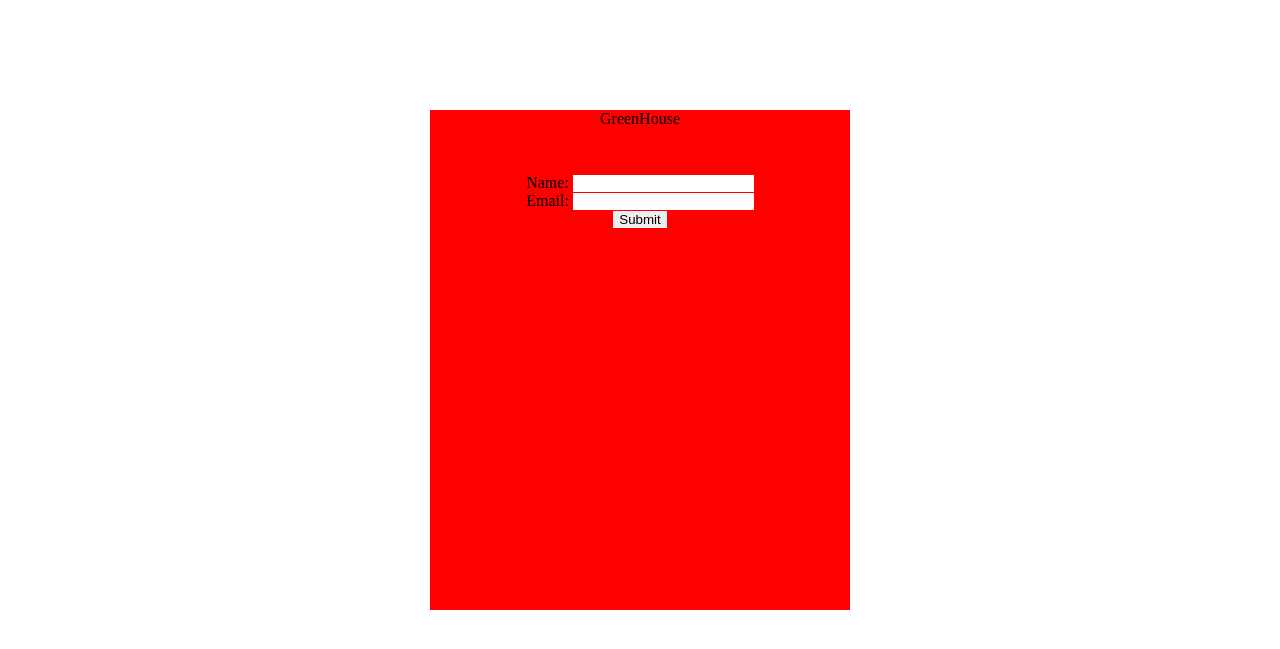
Repository: idan226688/WorkTrack
Page: index.html
These files come from the project's save history. The page is drawn as it stood at one moment and after the next save; the edit follows.
The browser window is 1280 px wide. The pictures show the whole page.

Above is the page before, as saved 2023-08-31 11:29:20.

### index.html
<!DOCTYPE html>
<html>
<head>
  <link rel="stylesheet" href="GreenHouse.css">
  <title>Login</title>
</head>
<body>
  <div id="container">
    <div id="login-container">
      <h1">GreenHouse</h1>
      <form action="/submit" method="post" id="form">
        <label for="name">Name:</label>
        <input type="text" id="name" name="name" required><br>
        <label for="email">Email:</label>
        <input type="email" id="email" name="email" required><br>
        <button type="submit">Submit</button>
      </form>
    </div>
  </div>
</body>
</html>

### GreenHouse.css
*{
    text-align: center;
    margin:0;
    border: none;
}
#container{
    display: flex;
    justify-content: center;
    align-items: center;
    height: 100vh;
}
#login-container{
    display: flex;
    background-color: red;
    flex-direction: column;
    align-items: center;
    height: 500px;
    width: 420px;
}
#form{
    margin-top: 20%;
}
h1{
    color:white;
    background-color: green;
    height:100px;
    width:300px;
}

After the next save:
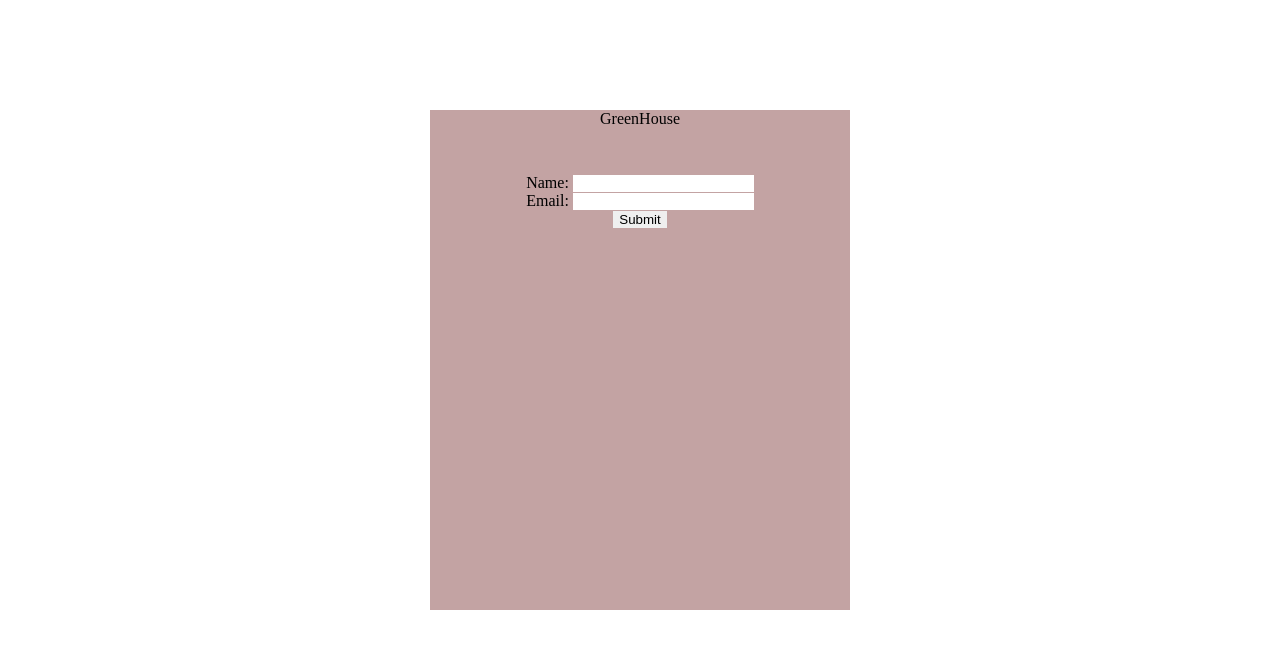
Saved 7 s later.
--- a/GreenHouse.css
+++ b/GreenHouse.css
@@ -11,7 +11,7 @@
 }
 #login-container{
     display: flex;
-    background-color: red;
+    background-color: rgb(195, 163, 163);
     flex-direction: column;
     align-items: center;
     height: 500px;
